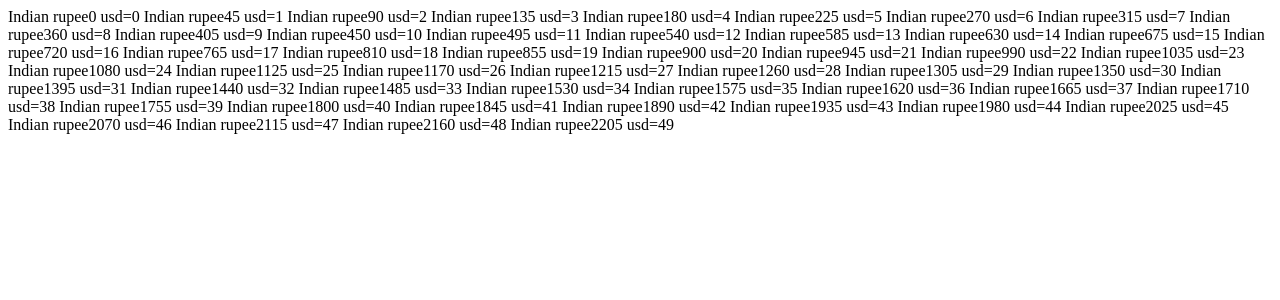
Repository: laikrish/day10
Page: http://localhost/HelloWorld/currency
The author's editor kept a copy of each file at every save. The page is drawn from the files as they stood at one save, then again after the next save.
The browser window is 1280 px wide. The pictures show the whole page.
The page is served by Tomcat 9. Other server files are loaded and not shown.

Above is the page before, as saved 2018-09-06 05:02:43.

### HelloWorld/src/com/capgemini/controller/CurrencyConverterServlet.java
package com.capgemini.controller;

import java.io.IOException;
import java.io.PrintWriter;

import javax.servlet.ServletException;
import javax.servlet.annotation.WebServlet;
import javax.servlet.http.HttpServlet;
import javax.servlet.http.HttpServletRequest;
import javax.servlet.http.HttpServletResponse;

@WebServlet("/currency")
public class CurrencyConverterServlet extends HttpServlet {
	private static final long serialVersionUID = 1L;

    public CurrencyConverterServlet() {
        super();

    }


	protected void doGet(HttpServletRequest request, HttpServletResponse response) throws ServletException, IOException {
		response.setContentType("text/html");
		PrintWriter out=response.getWriter();
		for(int i=0;i<50;i++) {

				out.println("Indian rupee" +i*45);
				out.println("usd=" +i);
			}
		out.close();

		}

	}

After the next save:
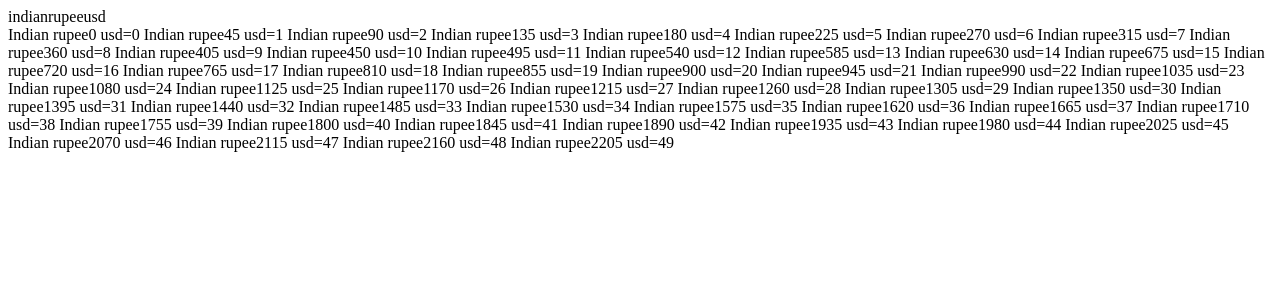
Saved 54 s later.
--- a/HelloWorld/src/com/capgemini/controller/CurrencyConverterServlet.java
+++ b/HelloWorld/src/com/capgemini/controller/CurrencyConverterServlet.java
@@ -22,6 +22,7 @@ public class CurrencyConverterServlet extends HttpServlet {
 	protected void doGet(HttpServletRequest request, HttpServletResponse response) throws ServletException, IOException {
 		response.setContentType("text/html");
 		PrintWriter out=response.getWriter();
+		out.println("<table><tr>indianrupee</tr><tr>usd</tr></table>");
 		for(int i=0;i<50;i++) {
 
 				out.println("Indian rupee" +i*45);
